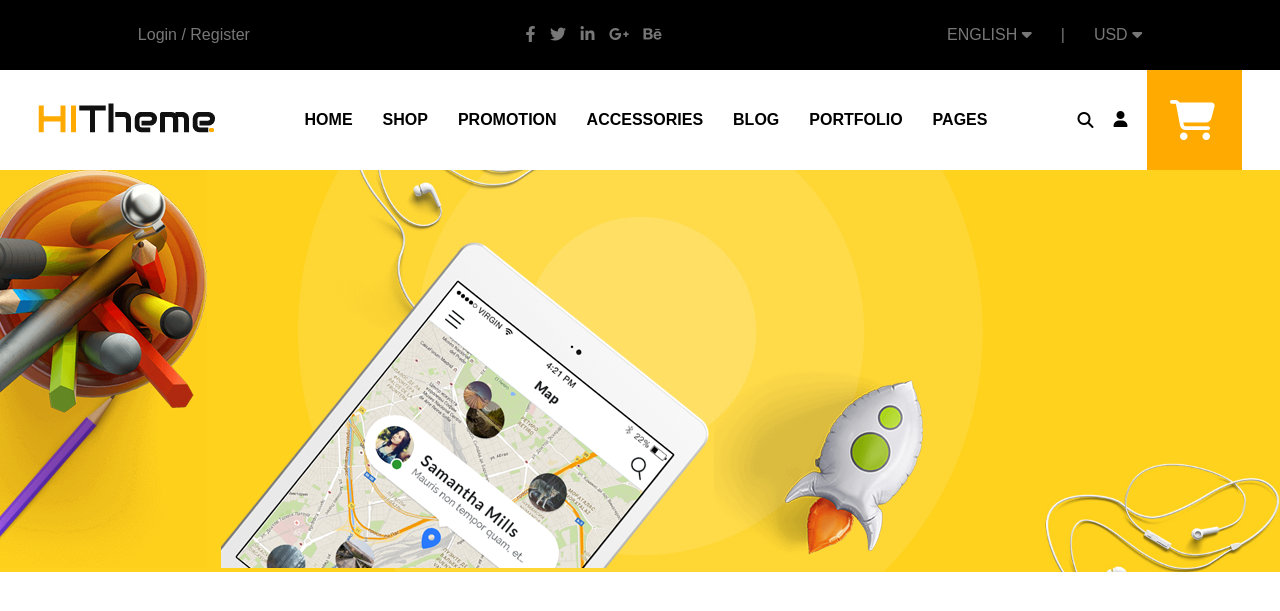
Repository: Thach1311/DU-AN-WEB-BAN-HANG-
Page: index1.html
The author's editor kept a copy of each file at every save. The page is drawn from the files as they stood at one save, then again after the next save.
The browser window is 1280 px wide. The pictures show the whole page.

Above is the page before, as saved 2023-02-23 17:25:23.

After the next save:
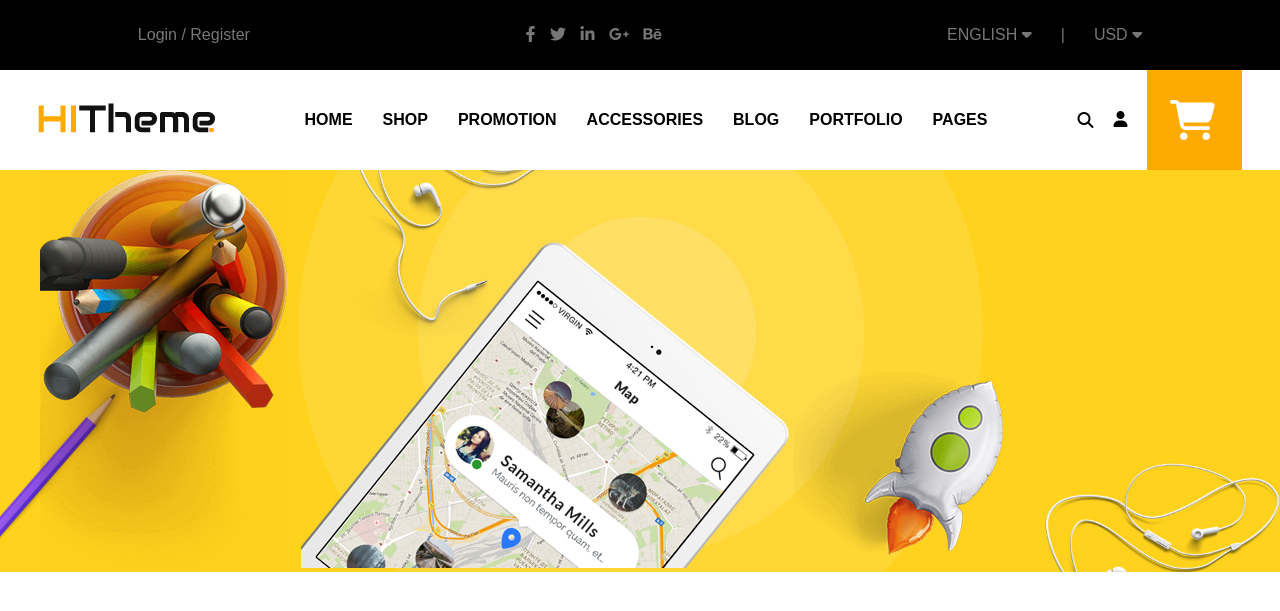
Saved 9 s later.
--- a/CSS/style1.css
+++ b/CSS/style1.css
@@ -633,7 +633,7 @@
 
     }
     to{
-        margin-left: -50px;
+        margin-left: 50px;
 
     }
 }
